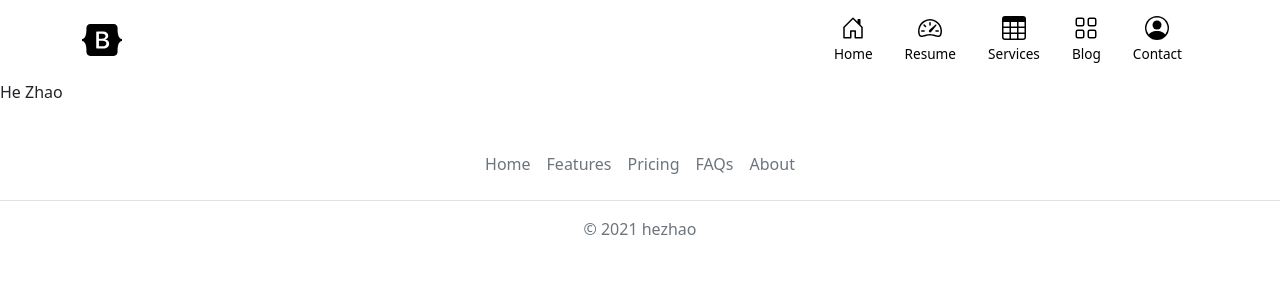
Repository: HeZhao-hugh/personal-web
Page: index.html
These files come from the project's save history. The page is drawn as it stood at one moment and after the next save; the edit follows.
The browser window is 1280 px wide. The pictures show the whole page.

Above is the page before, as saved 2022-01-19 17:48:43.

### index.html
<!DOCTYPE html>
<html lang="en">

<head>
    <meta charset="UTF-8">
    <meta http-equiv="X-UA-Compatible" content="IE=edge">
    <meta name="viewport" content="width=device-width, initial-scale=1.0">
    <link href="https://cdn.jsdelivr.net/npm/bootstrap@5.1.3/dist/css/bootstrap.min.css" rel="stylesheet"
        integrity="sha384-1BmE4kWBq78iYhFldvKuhfTAU6auU8tT94WrHftjDbrCEXSU1oBoqyl2QvZ6jIW3" crossorigin="anonymous">
    <script src="https://cdn.jsdelivr.net/npm/bootstrap@5.1.3/dist/js/bootstrap.bundle.min.js"
        integrity="sha384-ka7Sk0Gln4gmtz2MlQnikT1wXgYsOg+OMhuP+IlRH9sENBO0LRn5q+8nbTov4+1p" crossorigin="anonymous">
    </script>

    <!-- Custom styles for this template -->
    <link href="style.css" rel="stylesheet">
    <title>Document</title>
</head>

<body>
    <svg xmlns="http://www.w3.org/2000/svg" style="display: none;">
        <symbol id="bootstrap" viewBox="0 0 118 94">
            <title>Bootstrap</title>
            <path fill-rule="evenodd" clip-rule="evenodd"
                d="M24.509 0c-6.733 0-11.715 5.893-11.492 12.284.214 6.14-.064 14.092-2.066 20.577C8.943 39.365 5.547 43.485 0 44.014v5.972c5.547.529 8.943 4.649 10.951 11.153 2.002 6.485 2.28 14.437 2.066 20.577C12.794 88.106 17.776 94 24.51 94H93.5c6.733 0 11.714-5.893 11.491-12.284-.214-6.14.064-14.092 2.066-20.577 2.009-6.504 5.396-10.624 10.943-11.153v-5.972c-5.547-.529-8.934-4.649-10.943-11.153-2.002-6.484-2.28-14.437-2.066-20.577C105.214 5.894 100.233 0 93.5 0H24.508zM80 57.863C80 66.663 73.436 72 62.543 72H44a2 2 0 01-2-2V24a2 2 0 012-2h18.437c9.083 0 15.044 4.92 15.044 12.474 0 5.302-4.01 10.049-9.119 10.88v.277C75.317 46.394 80 51.21 80 57.863zM60.521 28.34H49.948v14.934h8.905c6.884 0 10.68-2.772 10.68-7.727 0-4.643-3.264-7.207-9.012-7.207zM49.948 49.2v16.458H60.91c7.167 0 10.964-2.876 10.964-8.281 0-5.406-3.903-8.178-11.425-8.178H49.948z">
            </path>
        </symbol>
        <symbol id="Home" viewBox="0 0 16 16">
            <path
                d="M8.354 1.146a.5.5 0 0 0-.708 0l-6 6A.5.5 0 0 0 1.5 7.5v7a.5.5 0 0 0 .5.5h4.5a.5.5 0 0 0 .5-.5v-4h2v4a.5.5 0 0 0 .5.5H14a.5.5 0 0 0 .5-.5v-7a.5.5 0 0 0-.146-.354L13 5.793V2.5a.5.5 0 0 0-.5-.5h-1a.5.5 0 0 0-.5.5v1.293L8.354 1.146zM2.5 14V7.707l5.5-5.5 5.5 5.5V14H10v-4a.5.5 0 0 0-.5-.5h-3a.5.5 0 0 0-.5.5v4H2.5z" />
        </symbol>
        <symbol id="Resume" viewBox="0 0 16 16">
            <path
                d="M8 4a.5.5 0 0 1 .5.5V6a.5.5 0 0 1-1 0V4.5A.5.5 0 0 1 8 4zM3.732 5.732a.5.5 0 0 1 .707 0l.915.914a.5.5 0 1 1-.708.708l-.914-.915a.5.5 0 0 1 0-.707zM2 10a.5.5 0 0 1 .5-.5h1.586a.5.5 0 0 1 0 1H2.5A.5.5 0 0 1 2 10zm9.5 0a.5.5 0 0 1 .5-.5h1.5a.5.5 0 0 1 0 1H12a.5.5 0 0 1-.5-.5zm.754-4.246a.389.389 0 0 0-.527-.02L7.547 9.31a.91.91 0 1 0 1.302 1.258l3.434-4.297a.389.389 0 0 0-.029-.518z" />
            <path fill-rule="evenodd"
                d="M0 10a8 8 0 1 1 15.547 2.661c-.442 1.253-1.845 1.602-2.932 1.25C11.309 13.488 9.475 13 8 13c-1.474 0-3.31.488-4.615.911-1.087.352-2.49.003-2.932-1.25A7.988 7.988 0 0 1 0 10zm8-7a7 7 0 0 0-6.603 9.329c.203.575.923.876 1.68.63C4.397 12.533 6.358 12 8 12s3.604.532 4.923.96c.757.245 1.477-.056 1.68-.631A7 7 0 0 0 8 3z" />
        </symbol>
        <symbol id="Services" viewBox="0 0 16 16">
            <path
                d="M0 2a2 2 0 0 1 2-2h12a2 2 0 0 1 2 2v12a2 2 0 0 1-2 2H2a2 2 0 0 1-2-2V2zm15 2h-4v3h4V4zm0 4h-4v3h4V8zm0 4h-4v3h3a1 1 0 0 0 1-1v-2zm-5 3v-3H6v3h4zm-5 0v-3H1v2a1 1 0 0 0 1 1h3zm-4-4h4V8H1v3zm0-4h4V4H1v3zm5-3v3h4V4H6zm4 4H6v3h4V8z" />
        </symbol>
        <symbol id="Contact" viewBox="0 0 16 16">
            <path d="M11 6a3 3 0 1 1-6 0 3 3 0 0 1 6 0z" />
            <path fill-rule="evenodd"
                d="M0 8a8 8 0 1 1 16 0A8 8 0 0 1 0 8zm8-7a7 7 0 0 0-5.468 11.37C3.242 11.226 4.805 10 8 10s4.757 1.225 5.468 2.37A7 7 0 0 0 8 1z" />
        </symbol>
        <symbol id="Blog" viewBox="0 0 16 16">
            <path
                d="M1 2.5A1.5 1.5 0 0 1 2.5 1h3A1.5 1.5 0 0 1 7 2.5v3A1.5 1.5 0 0 1 5.5 7h-3A1.5 1.5 0 0 1 1 5.5v-3zM2.5 2a.5.5 0 0 0-.5.5v3a.5.5 0 0 0 .5.5h3a.5.5 0 0 0 .5-.5v-3a.5.5 0 0 0-.5-.5h-3zm6.5.5A1.5 1.5 0 0 1 10.5 1h3A1.5 1.5 0 0 1 15 2.5v3A1.5 1.5 0 0 1 13.5 7h-3A1.5 1.5 0 0 1 9 5.5v-3zm1.5-.5a.5.5 0 0 0-.5.5v3a.5.5 0 0 0 .5.5h3a.5.5 0 0 0 .5-.5v-3a.5.5 0 0 0-.5-.5h-3zM1 10.5A1.5 1.5 0 0 1 2.5 9h3A1.5 1.5 0 0 1 7 10.5v3A1.5 1.5 0 0 1 5.5 15h-3A1.5 1.5 0 0 1 1 13.5v-3zm1.5-.5a.5.5 0 0 0-.5.5v3a.5.5 0 0 0 .5.5h3a.5.5 0 0 0 .5-.5v-3a.5.5 0 0 0-.5-.5h-3zm6.5.5A1.5 1.5 0 0 1 10.5 9h3a1.5 1.5 0 0 1 1.5 1.5v3a1.5 1.5 0 0 1-1.5 1.5h-3A1.5 1.5 0 0 1 9 13.5v-3zm1.5-.5a.5.5 0 0 0-.5.5v3a.5.5 0 0 0 .5.5h3a.5.5 0 0 0 .5-.5v-3a.5.5 0 0 0-.5-.5h-3z" />
        </symbol>
    </svg>

    <main>

        <header>
            <div class="px-5 py-2 bg-white text-black">
                <div class="container">
                    <div class="d-flex flex-wrap align-items-center justify-content-center justify-content-lg-start">
                        <a href="/"
                            class="d-flex align-items-center my-2 my-lg-0 me-lg-auto text-black text-decoration-none">
                            <svg class="bi me-2" width="40" height="32" role="img" aria-label="Bootstrap">
                                <use href="#bootstrap" /></svg>
                        </a>

                        <ul class="nav col-12 col-lg-auto my-2 justify-content-center my-md-0 text-small">
                            <li>
                                <a href="#" class="nav-link text-black">
                                    <svg class="bi d-block mx-auto mb-1" width="24" height="24">
                                        <use href="#Home" /></svg>
                                    Home
                                </a>
                            </li>
                            <li>
                                <a href="#" class="nav-link text-black">
                                    <svg class="bi d-block mx-auto mb-1" width="24" height="24">
                                        <use href="#Resume" /></svg>
                                    Resume
                                </a>
                            </li>
                            <li>
                                <a href="#" class="nav-link text-black">
                                    <svg class="bi d-block mx-auto mb-1" width="24" height="24">
                                        <use href="#Services" /></svg>
                                    Services
                                </a>
                            </li>

                            <li>
                                <a href="#" class="nav-link text-black">
                                    <svg class="bi d-block mx-auto mb-1" width="24" height="24">
                                        <use href="#Blog" /></svg>
                                    Blog
                                </a>
                            </li>
                            <li>
                                <a href="#" class="nav-link text-black">
                                    <svg class="bi d-block mx-auto mb-1" width="24" height="24">
                                        <use href="#Contact" /></svg>
                                    Contact
                                </a>
                            </li>
                        </ul>
                    </div>
                </div>
            </div>
        </header>
        <!-- pages -->
        <div class="pages">
            <!-- Home page -->
            <div id="Home" class="page">
                <div class="page-header">
                    He Zhao
                </div>
                <div class="page-content">

                </div>
            </div>
        </div>


        <footer class="py-3 my-4">
            <ul class="nav justify-content-center border-bottom pb-3 mb-3">
                <li class="nav-item"><a href="#" class="nav-link px-2 text-muted">Home</a></li>
                <li class="nav-item"><a href="#" class="nav-link px-2 text-muted">Features</a></li>
                <li class="nav-item"><a href="#" class="nav-link px-2 text-muted">Pricing</a></li>
                <li class="nav-item"><a href="#" class="nav-link px-2 text-muted">FAQs</a></li>
                <li class="nav-item"><a href="#" class="nav-link px-2 text-muted">About</a></li>
            </ul>
            <p class="text-center text-muted">&copy; 2021 hezhao</p>
        </footer>

    </main>
</body>

</html>

### style.css

  .form-control-dark {
    color: #fff;
    background-color: var(--bs-dark);
    border-color: var(--bs-gray);
  }
  .form-control-dark:focus {
    color: #fff;
    background-color: var(--bs-dark);
    border-color: #fff;
    box-shadow: 0 0 0 .25rem rgba(255, 255, 255, .25);
  }

  .bi {
    vertical-align: -.125em;
    fill: currentColor;
  }

  .text-small {
    font-size: 85%;
  }

  .dropdown-toggle {
    outline: 0;
  }

After the next save:
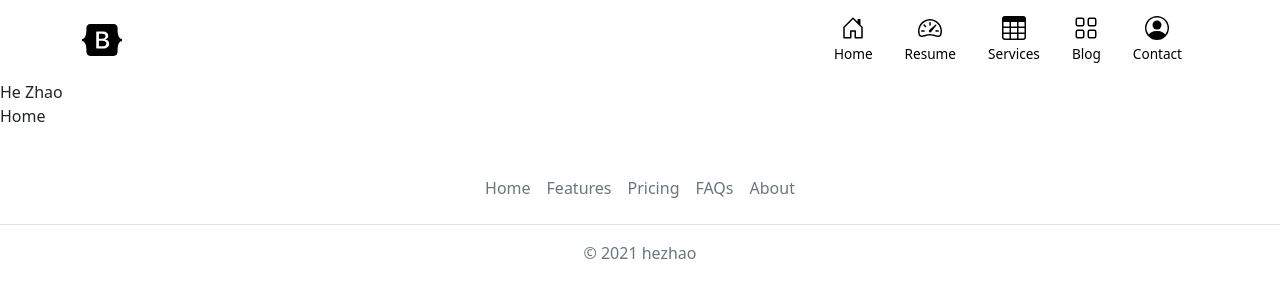
Saved 4 s later.
--- a/index.html
+++ b/index.html
@@ -111,7 +111,7 @@
                     He Zhao
                 </div>
                 <div class="page-content">
-
+                    Home
                 </div>
             </div>
         </div>
